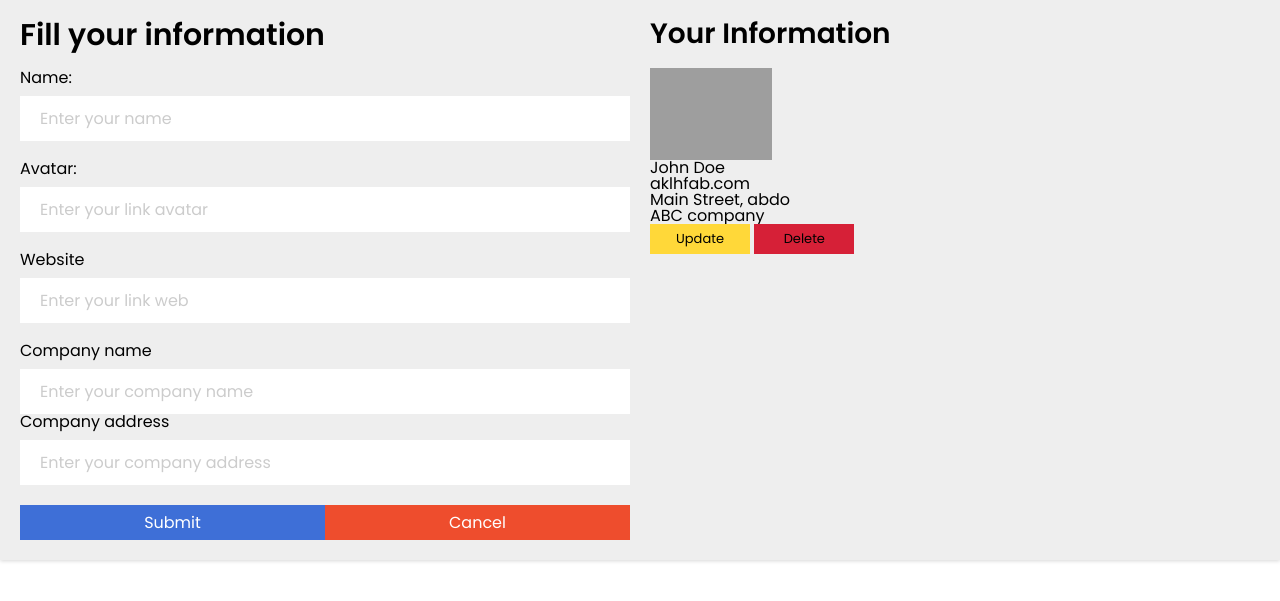
Repository: nttthao9/management
Page: index.html
An editor plug-in stored every save of this project. The page is shown before and after the next save, followed by the edit.
The browser window is 1280 px wide. The pictures show the whole page.
Pictures or frames that could not be fetched are drawn as grey boxes. Some web libraries are served in a nearby version.

Above is the page before, as saved 2021-10-13 11:00:51.

### index.html
<!DOCTYPE html>
<html lang="en">

<head>
  <meta charset="UTF-8">
  <meta http-equiv="X-UA-Compatible" content="IE=edge">
  <meta name="viewport" content="width=device-width, initial-scale=1.0">
  <title>Promise</title>
  <link rel="preconnect" href="https://fonts.googleapis.com">
  <link rel="preconnect" href="https://fonts.gstatic.com" crossorigin>
  <link href="https://fonts.googleapis.com/css2?family=Poppins:wght@300;400;500;600&display=swap" rel="stylesheet">
  <link rel="stylesheet" href="https://cdnjs.cloudflare.com/ajax/libs/font-awesome/5.1.0-11/css/all.css"
    integrity="sha512-xO/VZFNBvip9IT+BD6Nq/pHdBvKeFcwygKqARlegjQ+5A68KsMSYrPbGP1oYow5ec9Tqq8peJXcn5J1bD4O00w=="
    crossorigin="anonymous" referrerpolicy="no-referrer" />
  <link rel="stylesheet" href="./.vscode/style.css">
</head>

<body>
  <div class="container">
    <div class="fill-infor">
      <form action="" id="form" autocomplete="off">
        <h2 class="form-title">Fill your information</h2>
        <div class="fill fill-name">
          <label for="name">Name:</label>
          <input type="text" id="name" name="name" autocomplete="off" placeholder="Enter your name">
        </div>
        <div class="fill fill-avatar">
          <label for="avatar">Avatar:</label>
          <input type="text" id="avatar" name="avatar" placeholder="Enter your link avatar">
        </div>
        <div class="fill fill-link">
          <label for="link-web">Website</label>
          <input type="link-web" id="link-web" name="link-web" placeholder="Enter your link web">
        </div>
        <div class="fill fill-company">
          <label for="company">Company name</label>
          <input type="text" id="company-name" name="company-name" placeholder="Enter your company name">
          <label for="company">Company address</label>
          <input type="text" id="company-address" name="company-address" placeholder="Enter your company address">
        </div>
        <div class="fill-btn">
          <button type="submit" class=" btn btn-submit">Submit</button>
          <button type="submit" class="btn btn-cancel">Cancel</button>
        </div>

      </form>
      <div class="manage">
        <h3 class="filled">Your Information</h3>
        <div class="manage-infor">
          <div class="your-image">
            <img src="http://lorempixel.com/640/480/abstract/" alt="">
          </div>
          <div class="your-name">
            <span class="name">John Doe</span>
          </div>
          <div class="your-link">
            <span class="name">aklhfab.com</span>
          </div>
          <div class="your-address">
            <span class="name">Main Street, abdo</span>
          </div>
          <div class="your-company">
            <span class="name">ABC company</span>
          </div>
          <button type="submit" class="btn btn-update">Update</button>
          <button type="submit" class=" btn btn-delete">Delete</button>
        </div>
      </div>
    </div>
  </div>
  <script src="./main.js"></script>
</body>

</html>

### .vscode/style.css
html {
  box-sizing: border-box;
  font-size: 62.5%;
}
* {
  margin: 0;
  padding: 0;
}
*,
*:before,
*:after {
  box-sizing: border-box;
}
input,
textarea,
select,
button {
  outline: none;
}
input {
  line-height: normal;
}
label,
button {
  cursor: pointer;
}
a {
  text-decoration: none;
}
img {
  display: block;
  max-width: 100%;
}
body {
  font-family: 'Poppins', sans-serif;
  line-height: 1;
  font-size: 1.6rem;
}
.container {
  padding: 2rem;
  background-color: #eee;
  box-shadow: rgba(0, 0, 0, 0.16) 0px 1px 4px;
}
.btn {
  padding: 5px 1rem;
  border: 0;
  font-size: 1.3rem;
  font-family: 'Poppins', sans-serif;
  cursor: pointer;
  transition: all 0.25s linear;
  width: 10rem;
}
.btn:hover {
  color: #333;
}
.fill-infor {
  display: flex;
  justify-content: space-between;
}
.image {
  width: 50%;
}
img {
  width: 100%;
}
#form {
  width: 50%;
}
.form-title {
  font-size: 3rem;
  margin-bottom: 2rem;
}
.fill {
  margin-bottom: 2rem;
}
.fill-btn {
  display: flex;
  justify-content: space-between;
}
label,
input {
  display: block;
}
label {
  margin-bottom: 1rem;
}
input {
  width: 100%;
  padding: 1rem 2rem;
  border: 0;
  font-size: 1.6rem;
  font-family: 'Poppins', sans-serif;
  color: #333;
}
input::-webkit-input-placeholder {
  color: #ccc;
}
input::-moz-placeholder {
  color: #ccc;
}
input:-ms-input-placeholder {
  color: #ccc;
}
input::-ms-input-placeholder {
  color: #ccc;
}
input::placeholder {
  color: #ccc;
}
.btn-submit {
  width: 100%;
  font-size: 1.6rem;
  background-color: #3e6fd7;
  color: white;
}
.btn-cancel {
  font-size: 1.6rem;
  background-color: #ee4d2d;
  width: 100%;
  color: white;
}
.manage {
  width: 50%;
  margin-left: 2rem;
}
.infor-item {
  display: flex;
  /* justify-content: space-between; */
  align-items: center;
}
.infor-desc {
  margin: 0 2rem;
}
.infor-desc span {
  display: block;
  margin: 1rem 0;
}
.button {
  margin-left: auto;
}
.filled {
  font-size: 2.8rem;
  margin-bottom: 2rem;
}
.your-image {
  width: 20%;
  /* height: 5rem; */
}

.btn-update {
  background-color: #ffd839;
  margin-bottom: 1rem;
}
.btn-delete {
  background-color: #d62037;
}

Loaded but not shown: main.js (no stored copy; drawn as an empty file)

After the next save:
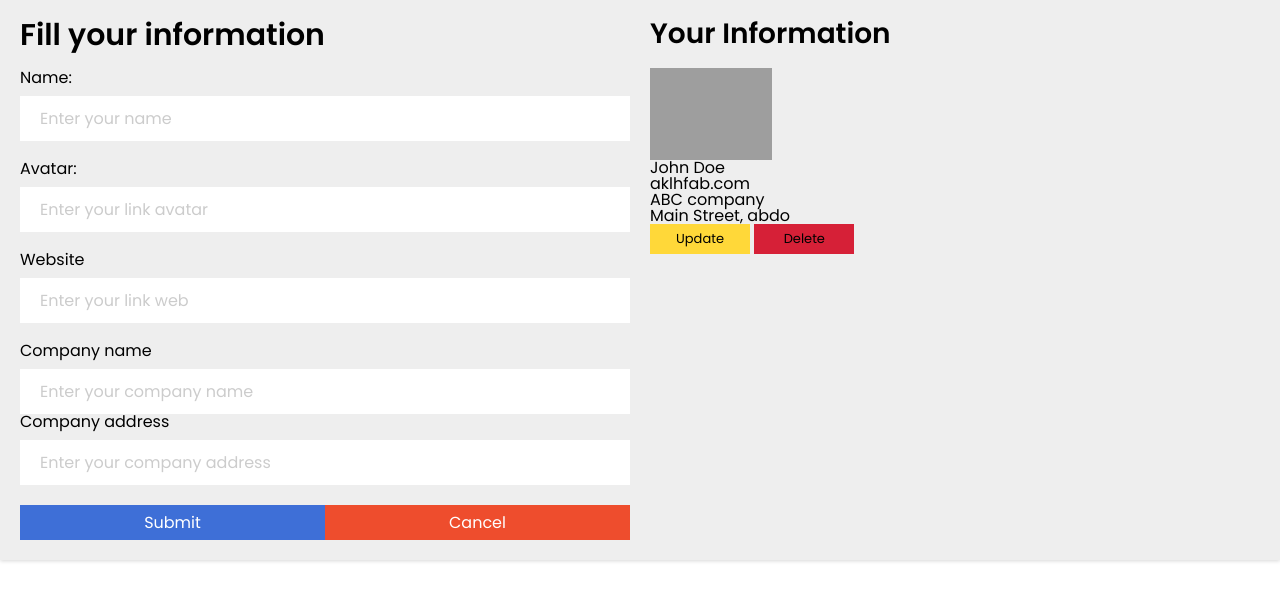
Saved 5 min 3 s later.
--- a/index.html
+++ b/index.html
@@ -56,11 +56,11 @@
           <div class="your-link">
             <span class="name">aklhfab.com</span>
           </div>
+          <div class="your-company">
+            <span class="name">ABC company</span>
+          </div>
           <div class="your-address">
             <span class="name">Main Street, abdo</span>
-          </div>
-          <div class="your-company">
-            <span class="name">ABC company</span>
           </div>
           <button type="submit" class="btn btn-update">Update</button>
           <button type="submit" class=" btn btn-delete">Delete</button>
